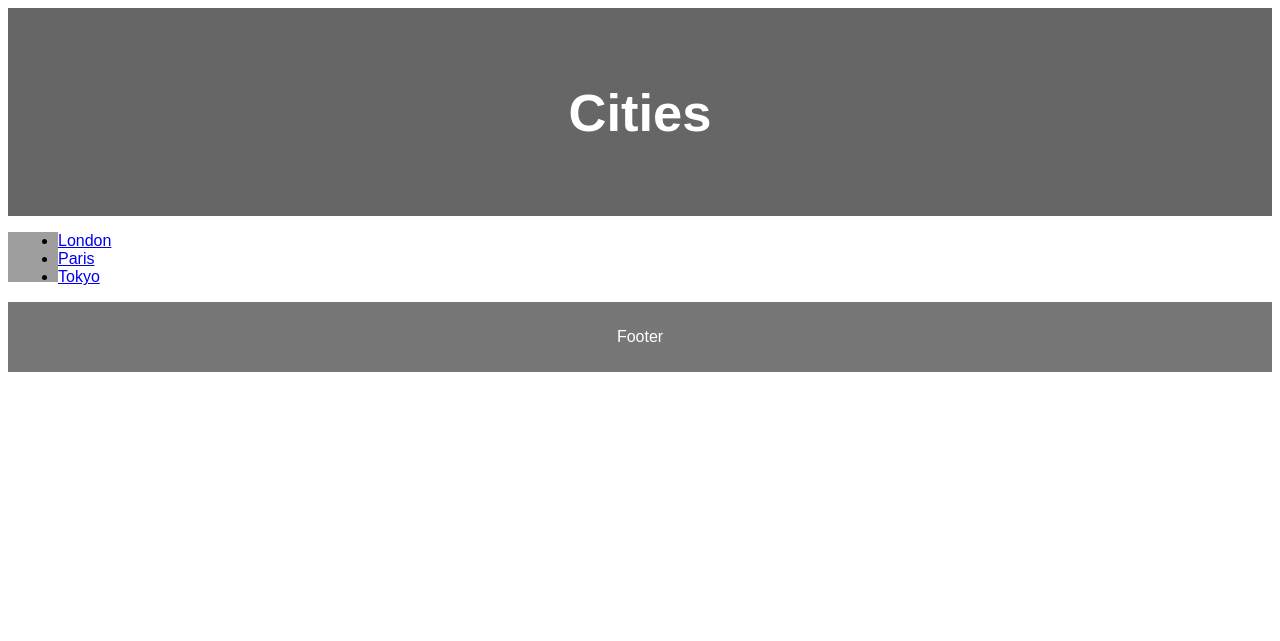
Repository: sandunigayanjali/Library_System
Page: http://localhost/library_management/studentProfile2.jsp
The author's editor kept a copy of each file at every save. The page is drawn from the files as they stood at one save, then again after the next save.
The browser window is 1280 px wide. The pictures show the whole page.
Pictures or frames that could not be fetched are drawn as grey boxes. The page is served by Tomcat 9.

Above is the page before, as saved 2018-11-23 14:02:44.

After the next save:
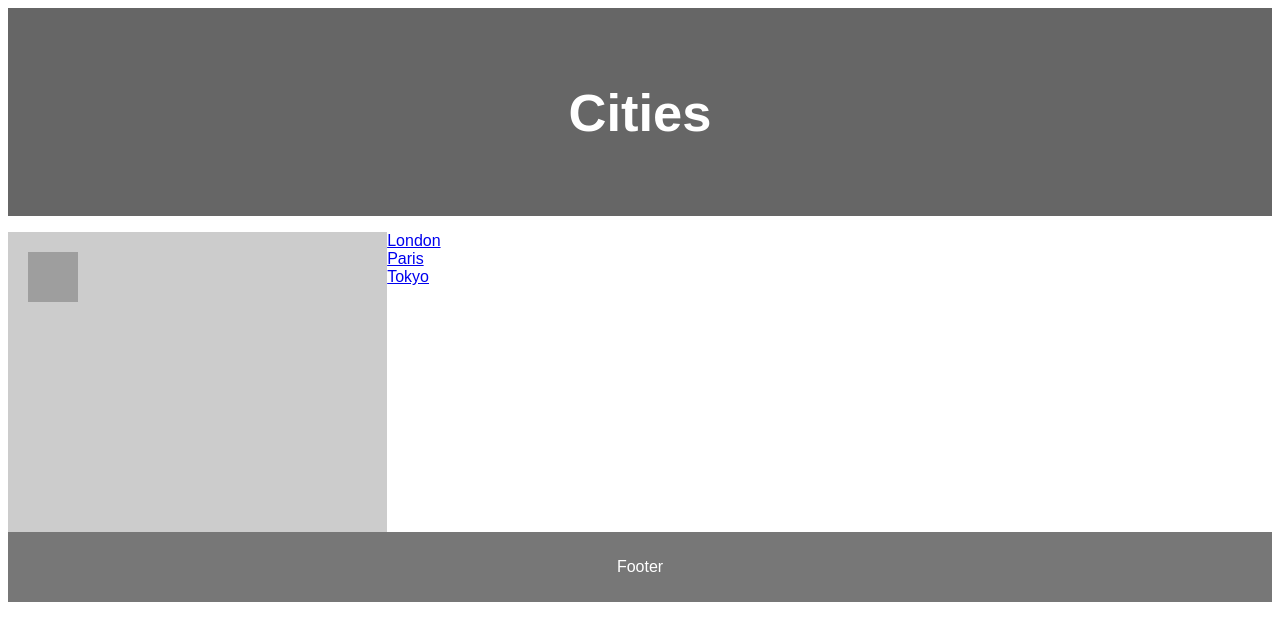
Saved 42 s later.
--- a/library management/WebContent/studentProfile2.jsp
+++ b/library management/WebContent/studentProfile2.jsp
@@ -26,13 +26,13 @@ header {
 }
 
 /* Create two columns/boxes that floats next to each other */
-/*nav {
+aside{
     float: left;
     width: 30%;
     height: 300px; /* only for demonstration, should be removed */
     background: #ccc;
     padding: 20px;
-}*/
+}
 
 /* Style the list inside the menu */
 nav ul {
